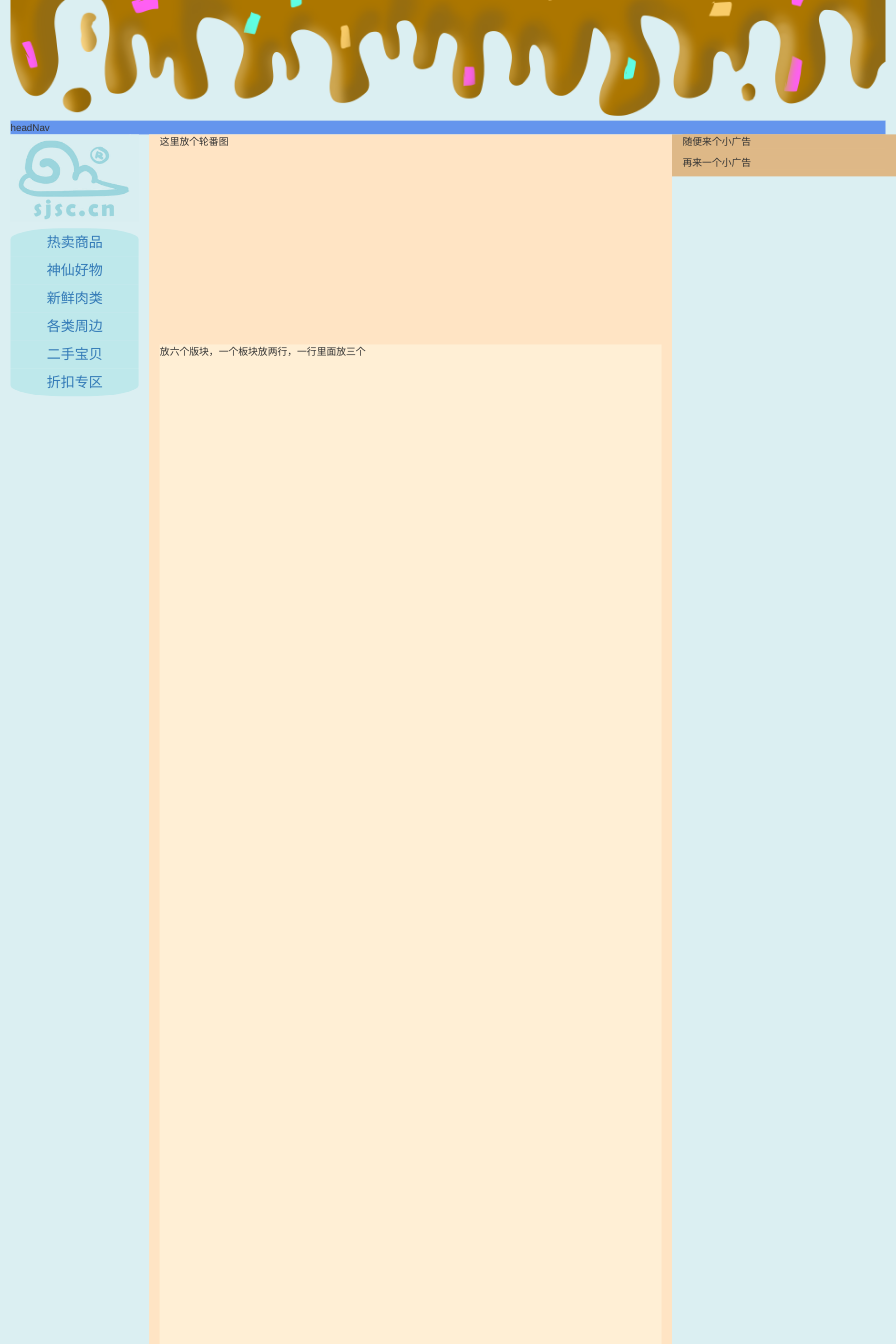
Repository: 15378517762/zxy
Page: html/index.html
The author's editor kept a copy of each file at every save. The page is drawn from the files as they stood at one save, then again after the next save.
The browser window is 1280 px wide. The pictures show the part of the page from y = 0 to 1920 px (the page is 3392 px tall), at 70% of full size.

Above is the page before, as saved 2021-05-28 21:27:26.

### html/index.html
<!DOCTYPE html>
<html lang="en">
<head>
	<meta charset="UTF-8">
	<meta name="viewport" content="width=device-width, initial-scale=1.0">
	<title>Document</title>

	<!--[if lt IE 9]>
      <script src="https://cdn.jsdelivr.net/npm/html5shiv@3.7.3/dist/html5shiv.min.js"></script>
      <script src="https://cdn.jsdelivr.net/npm/respond.js@1.4.2/dest/respond.min.js"></script>
    <![endif]-->

	<link rel="stylesheet" href="../bootstrap/css/bootstrap.min.css">
	<script src="../js/jquery-3.6.0.min.js"></script>
	<link rel="stylesheet" href="../css/index.css">
	<link rel="icon" href="../img/logo.jpg">
</head>
<body>
	<div class="container">
		<img src="../img/headpic.png" class="headpic" alt="">

		<div class="headNav">headNav</div>
		<div class="row">
			<header class="col-md-2">
				<div class="logo">
					<img src="../img/logo2.jpg" alt="">
				</div>
				<div class="sideNav">
					<ul>
						<li><a href="">热卖商品</a></li>
						<li><a href="">神仙好物</a></li>
						<li><a href="">新鲜肉类</a></li>
						<li><a href="">各类周边</a></li>
						<li><a href="">二手宝贝</a></li>
						<li><a href="">折扣专区</a></li>
					</ul>
				</div>
			</header>

			<article class="col-md-7">
				<div class="lunfan">这里放个轮番图</div>
				<div class="commodity">放六个版块，一个板块放两行，一行里面放三个</div>
			</article>

			<aside class="col-md-3">
				<div class="ad1">随便来个小广告</div>
				<div class="ad2">再来一个小广告</div>
			</aside>
		</div>

		<div class="footer">放个底图</div>
	</div>


</body>
</html>

### css/index.css
@media screen and (min-width: 1280px) {
    .container {
        width: 1280px;
    }
}

body {
    background-color: #dbeff2;
}

.headNav {
    background-color: cornflowerblue;
}

.sideNav ul {
    padding-left: 0;
}

.sideNav li{
    height: 40px;
    list-style-type: none;
    background-color: rgb(190, 232, 235);
    text-align: center;
}

.sideNav li:hover {
    cursor: pointer;
}

.sideNav ul :nth-child(1):hover {
    background-color: rgb(103, 151, 255);
}

.sideNav ul :nth-child(2):hover {
    background-color: rgb(121, 163, 255);
}

.sideNav ul :nth-child(3):hover {
    background-color: rgb(151, 184, 255);
}

.sideNav ul :nth-child(4):hover {
    background-color: rgb(181, 204, 255);
}

.sideNav ul :nth-child(5):hover {
    background-color: rgb(199, 216, 252);
}

.sideNav ul :nth-child(6):hover {
    background-color: rgb(214, 227, 255);
}
.sideNav li a {
    font-size: 20px;
    line-height: 40px;
    text-align: center;
    text-decoration: none;
}

.sideNav ul :nth-child(1) {
    margin-top: 10px;
    border-radius: 40% 40% 0 0;
}

.sideNav ul :nth-last-child(1) {
    border-radius: 0 0 40% 40%;
}

.headpic {
    width: 100%;
}

.logo img {
    width: 100%;
}

article {
    background-color: bisque;
}

.lunfan {
    height: 300px;
}

.commodity {
    height: 2800px;
    background-color: papayawhip;
}

aside {
    background-color: burlywood;
}

.ad1,.ad2{
    background-color: burlywood;
    margin-bottom: 10px;
}

.footer {
    height: 100px;
    background-color: peachpuff;
}

Loaded but not shown: bootstrap/css/bootstrap.min.css (library); js/jquery-3.6.0.min.js (library)

After the next save:
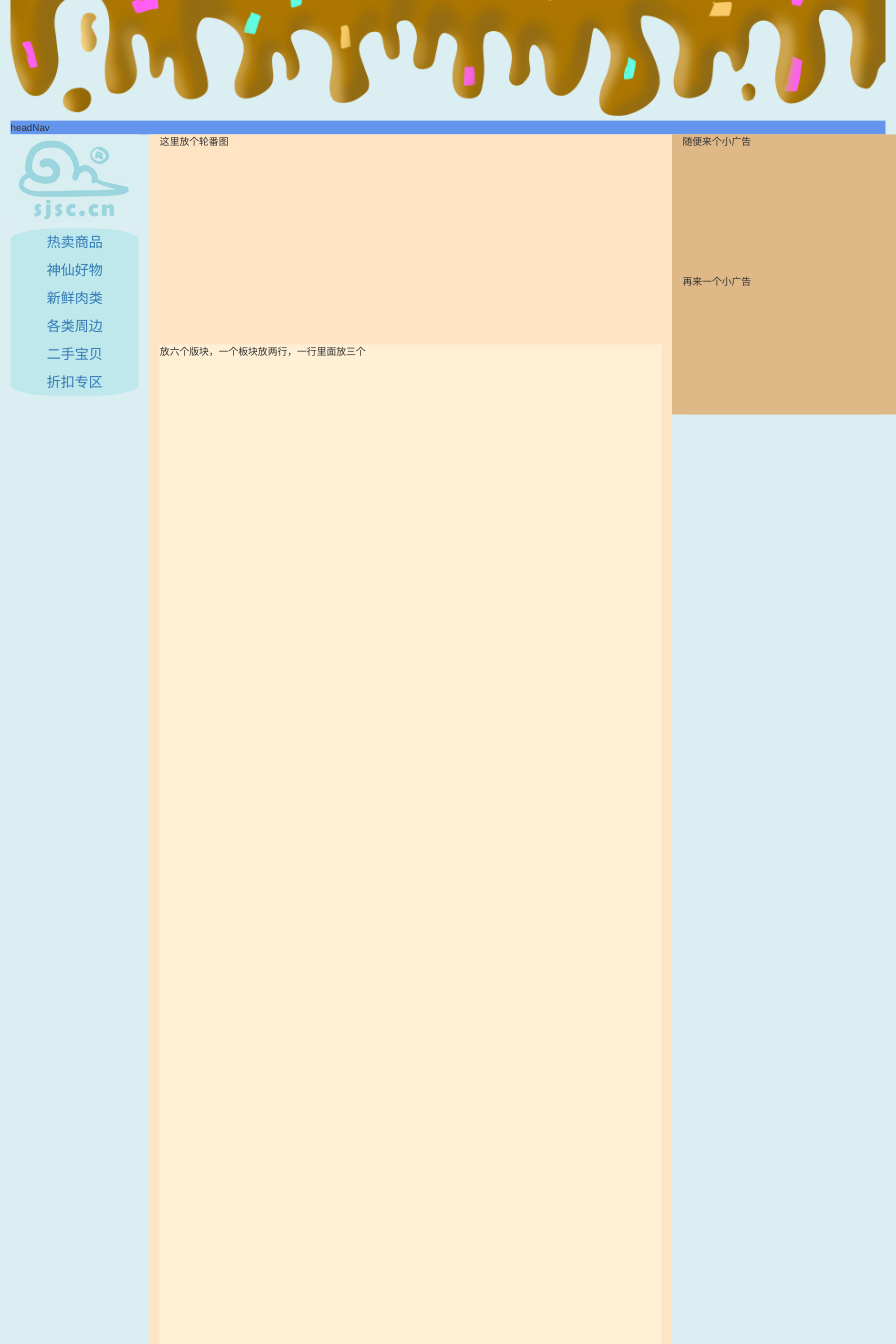
Saved 35 s later.
--- a/css/index.css
+++ b/css/index.css
@@ -92,8 +92,8 @@
 }
 
 .ad1,.ad2{
+    height: 200px;
     background-color: burlywood;
-    margin-bottom: 10px;
 }
 
 .footer {
